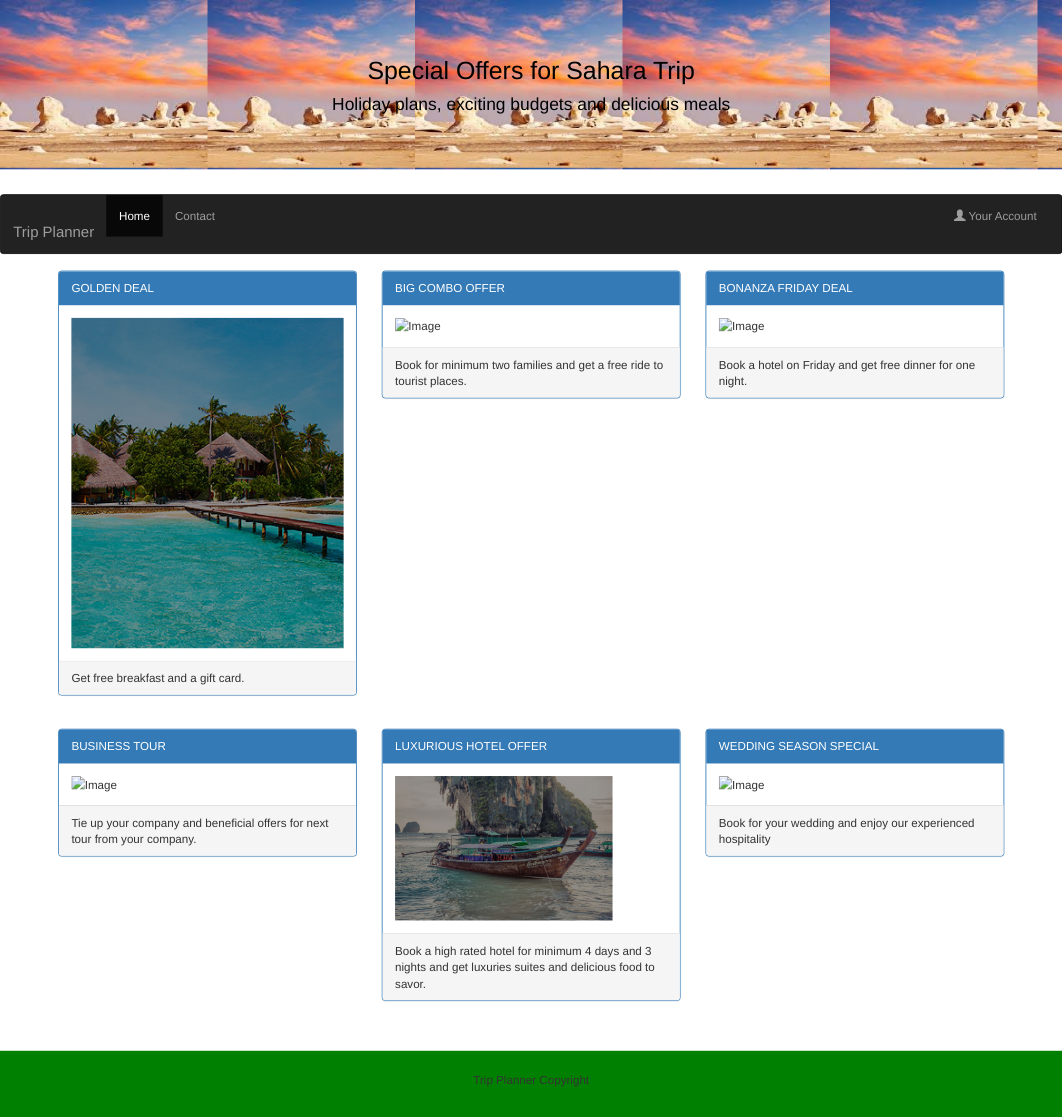
Repository: NanSin21/Mytourism-Website
Page: http://localhost/toursandtravelsmanagement/TripPlaces/CustomerSahara.jsp
The author's editor kept a copy of each file at every save. The page is drawn from the files as they stood at one save, then again after the next save.
The browser window is 1280 px wide. The pictures show the whole page, at 83% of full size.
The page is served by Tomcat 9.

Above is the page before, as saved 2018-07-27 06:20:33.

After the next save:
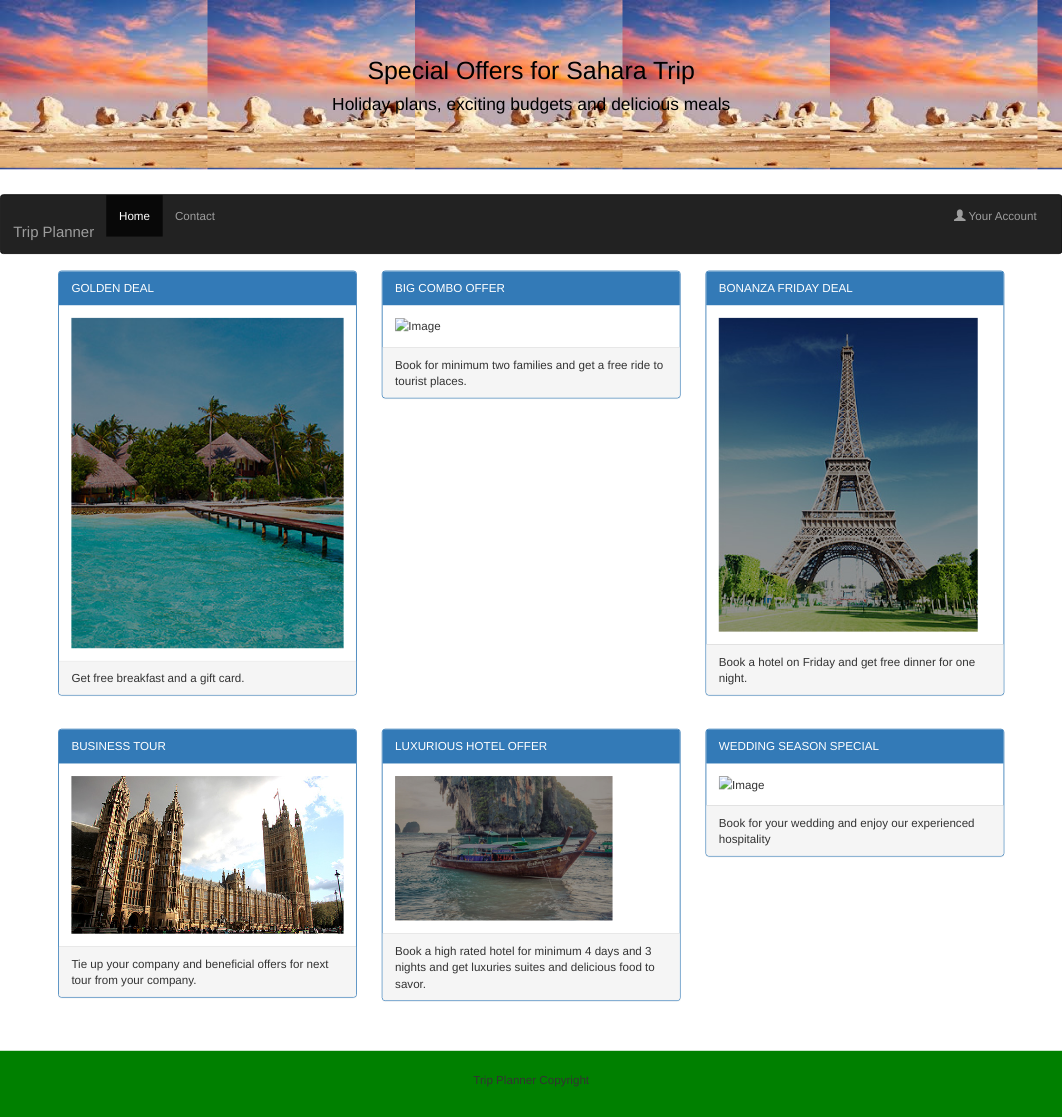
Saved 41 s later.
--- a/toursandtravelsmanagement/WebContent/TripPlaces/CustomerSahara.jsp
+++ b/toursandtravelsmanagement/WebContent/TripPlaces/CustomerSahara.jsp
@@ -79,7 +79,7 @@
     <div class="col-sm-4">
       <div class="panel panel-primary">
         <div class="panel-heading">BONANZA FRIDAY DEAL</div>
-        <div class="panel-body"><img src="" class="img-responsive" style="width:95%" alt="Image"></div>
+        <div class="panel-body"><img src="images/ban_img3.jpg" class="img-responsive" style="width:95%" alt="Image"></div>
         <div class="panel-footer">Book a hotel on Friday and get free dinner for one night.</div>
       </div>
     </div>
@@ -91,7 +91,7 @@
     <div class="col-sm-4">
       <div class="panel panel-primary">
         <div class="panel-heading">BUSINESS TOUR</div>
-        <div class="panel-body"><img src="" class="img-responsive" style="width:100%" alt="Image"></div>
+        <div class="panel-body"><img src="images/londonhelp.jpg" class="img-responsive" style="width:100%" alt="Image"></div>
         <div class="panel-footer">Tie up your company and beneficial offers for next tour from your company.</div>
       </div>
     </div>
